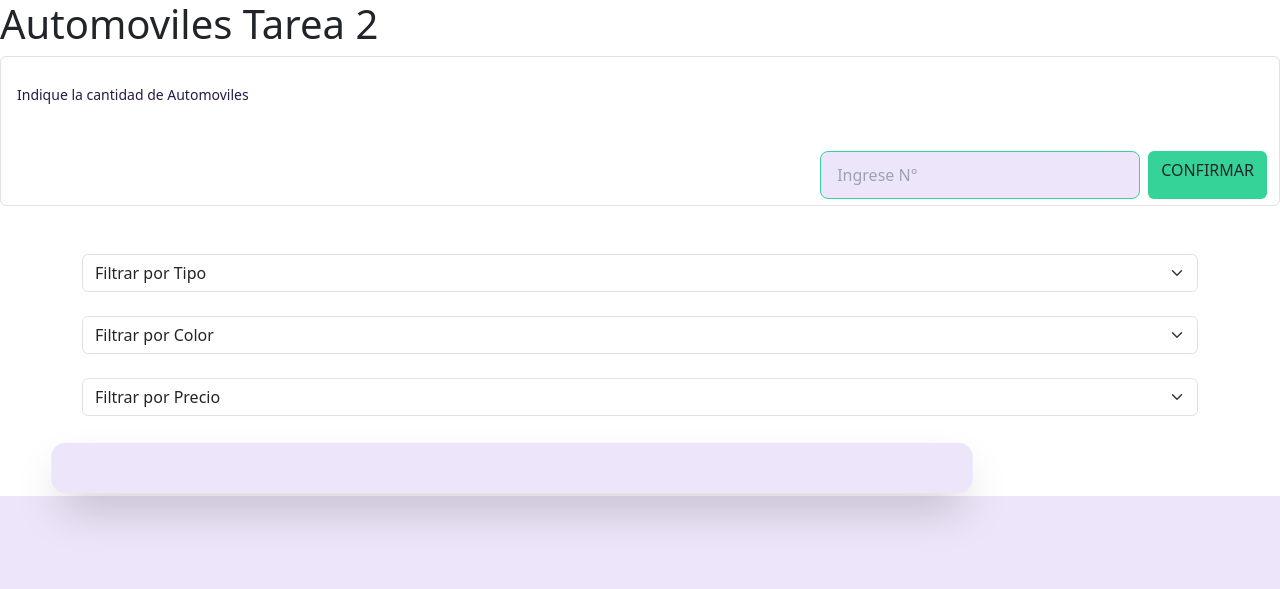
Repository: Claudioxs/Tarea2
Page: /automovil (app in FrontEnd/vue-project/)
An editor plug-in stored every save of this project. The page is shown before and after the next save, followed by the edit.
The browser window is 1280 px wide. The pictures show the whole page.
The project was rebuilt for these pictures with package versions that can differ from the ones it lists, and the page was loaded fresh each time. Also part of the build but not shown: FrontEnd/vue-project/vite.config.js, FrontEnd/vue-project/src/components/HelloWorld.vue.

Above is the page before, as saved 2023-05-22 23:43:44.

After the next save:
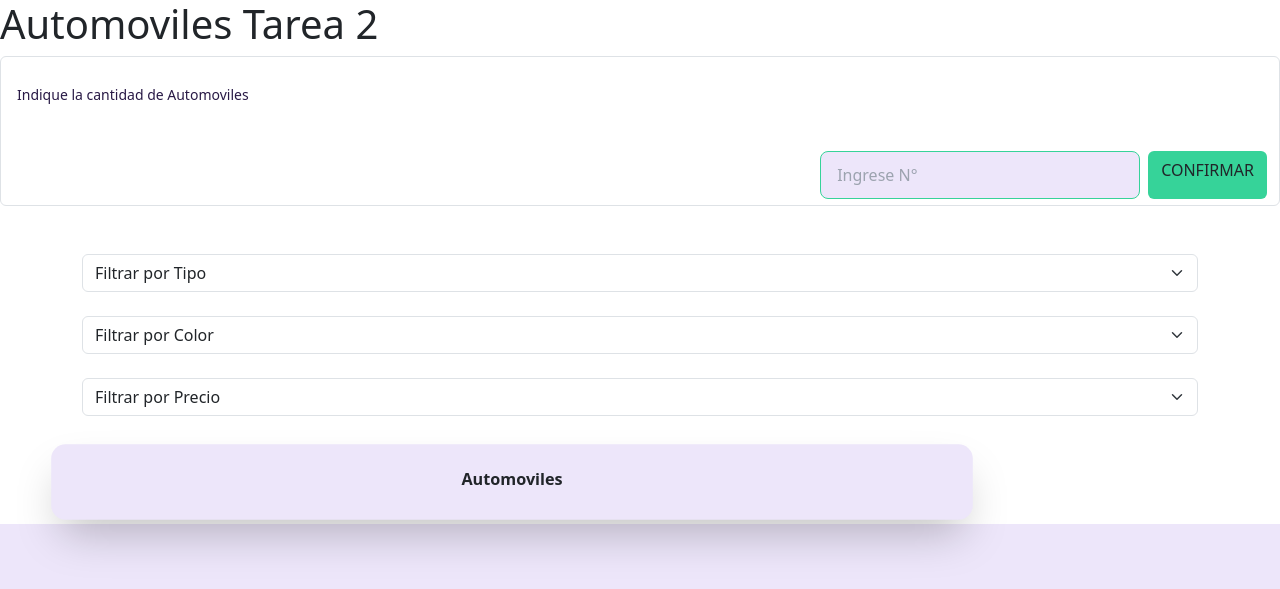
Saved 16 s later.
--- a/FrontEnd/vue-project/src/views/Automovil.vue
+++ b/FrontEnd/vue-project/src/views/Automovil.vue
@@ -45,7 +45,7 @@
 
 <div class="modal-box w-11/12 max-w-5xl">
 
-    <h3 class="font-bold text-lg" align="center"></h3>
+    <h3 class="font-bold text-lg" align="center">Automoviles</h3>
 
 
 
